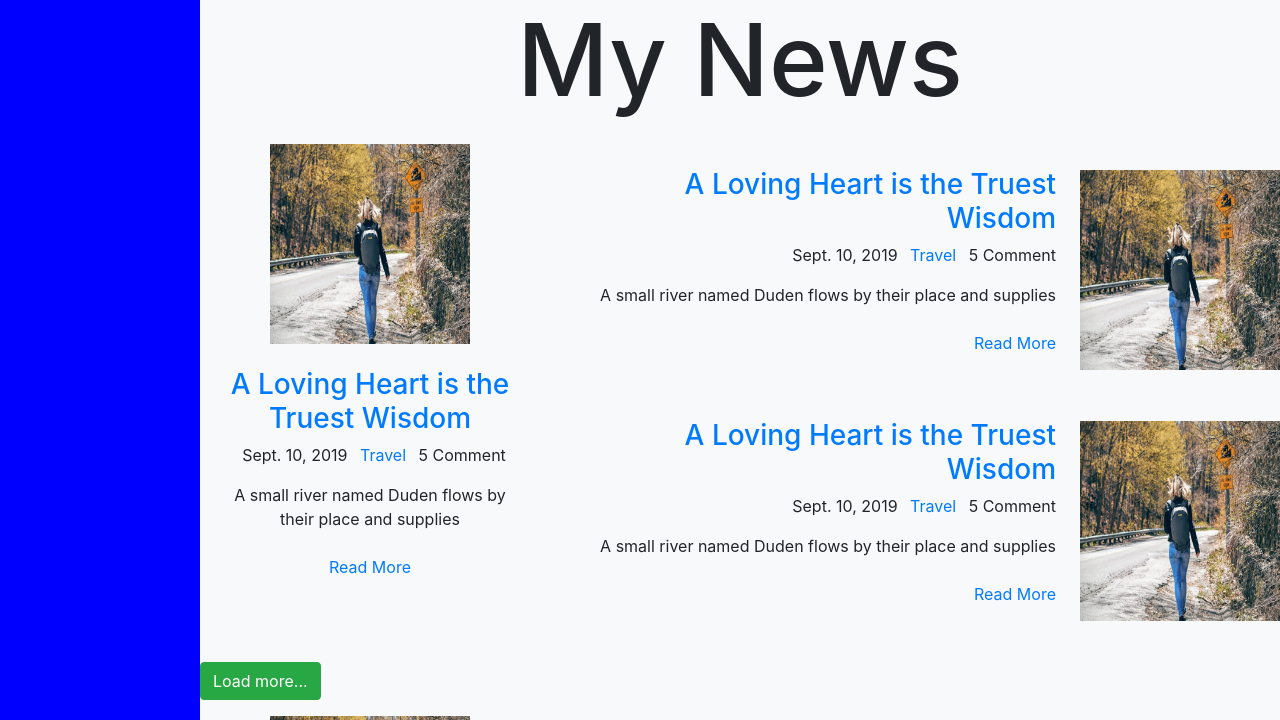
Repository: tts2610/GoogleNews
Page: index.html
An editor plug-in stored every save of this project. The page is shown before and after the next save, followed by the edit.
The browser window is 1280 px wide. The pictures show the whole page.
An inner scrolling area shows only its first screen.

Above is the page before, as saved 2020-05-20 14:24:15.

### index.html
<!DOCTYPE html>
<html lang="en">

<head>
    <meta charset="UTF-8">
    <meta name="viewport" content="width=device-width, initial-scale=1.0">
    <title>Document</title>
    <link rel="stylesheet" href="https://maxcdn.bootstrapcdn.com/bootstrap/4.4.1/css/bootstrap.min.css">

    <!-- jQuery library -->
    <script src="https://ajax.googleapis.com/ajax/libs/jquery/3.5.1/jquery.min.js"></script>

    <!-- Popper JS -->
    <script src="https://cdnjs.cloudflare.com/ajax/libs/popper.js/1.16.0/umd/popper.min.js"></script>

    <!-- Latest compiled JavaScript -->
    <script src="https://maxcdn.bootstrapcdn.com/bootstrap/4.4.1/js/bootstrap.min.js"></script>
    <link rel="stylesheet" href="css/style.css">

    <link href="https://unpkg.com/aos@2.3.1/dist/aos.css" rel="stylesheet">
</head>

<body>
    <div class="myContainer">
        <div class="sidenav"></div>
        <div class="content" id="myContent">
            <div class="content-header mb-4">
                <h1 style="font-size: 100px; text-align: center;">My News</h1>
            </div>
            <div class="row">
                <div class="col-4 d-flex">
                    <div class="blog-entry-left">
                        <div>
                            <img src="img/image_8.jpg" width="200" height="200">
                        </div>
                        <div class="text p-4" style="text-align: center;">
                            <h3 class="mb-2"><a href="single.html">A Loving Heart is the Truest Wisdom</a></h3>
                            <div class="meta-wrap">
                                <p class="meta">
                                    <span><i class="icon-calendar mr-2"></i>Sept. 10, 2019</span>
                                    <span><a href="single.html"><i class="icon-folder-o mr-2"></i>Travel</a></span>
                                    <span><i class="icon-comment2 mr-2"></i>5 Comment</span>
                                </p>
                            </div>
                            <p class="mb-4">A small river named Duden flows by their place and supplies</p>
                            <p><a href="#" class="btn-custom">Read More <span class="ion-ios-arrow-forward"></span></a></p>
                        </div>
                    </div>
                </div>
                <div class="col-8 d-flex">
                    <div class="row">
                        <div class="col-md-12">
                            <div class="blog-entry ftco-animate d-md-flex align-items-center">
                                <div class="text text-2 text-md-right p-4">
                                    <h3 class="mb-2"><a href="single.html">A Loving Heart is the Truest Wisdom</a></h3>
                                    <div class="meta-wrap">
                                        <p class="meta">
                                            <span><i class="icon-calendar mr-2"></i>Sept. 10, 2019</span>
                                            <span><a href="single.html"><i class="icon-folder-o mr-2"></i>Travel</a></span>
                                            <span><i class="icon-comment2 mr-2"></i>5 Comment</span>
                                        </p>
                                    </div>
                                    <p class="mb-4">A small river named Duden flows by their place and supplies</p>
                                    <p><a href="#" class="btn-custom">Read More <span class="ion-ios-arrow-forward"></span></a></p>
                                </div>
                                <div class="news-img"><img src="img/image_8.jpg" width="200" height="200"></div>
                            </div>
                        </div>
                        <div class="col-md-12">
                            <div class="blog-entry ftco-animate d-md-flex align-items-center">
                                <div class="text text-2 text-md-right p-4">
                                    <h3 class="mb-2"><a href="single.html">A Loving Heart is the Truest Wisdom</a></h3>
                                    <div class="meta-wrap">
                                        <p class="meta">
                                            <span><i class="icon-calendar mr-2"></i>Sept. 10, 2019</span>
                                            <span><a href="single.html"><i class="icon-folder-o mr-2"></i>Travel</a></span>
                                            <span><i class="icon-comment2 mr-2"></i>5 Comment</span>
                                        </p>
                                    </div>
                                    <p class="mb-4">A small river named Duden flows by their place and supplies</p>
                                    <p><a href="#" class="btn-custom">Read More <span class="ion-ios-arrow-forward"></span></a></p>
                                </div>
                                <div class="news-img"><img src="img/image_8.jpg" width="200" height="200"></div>
                            </div>
                        </div>
                    </div>
                </div>
            </div>
            <button type="button" id="loadMoreBtn" class="btn btn-success my-3">Load more...</button>
            <div class="row">
                <div class="col-4 d-flex">
                    <div class="blog-entry-left">
                        <div>
                            <img src="img/image_8.jpg" width="200" height="200">
                        </div>
                        <div class="text p-4" style="text-align: center;">
                            <h3 class="mb-2"><a href="single.html">A Loving Heart is the Truest Wisdom</a></h3>
                            <div class="meta-wrap">
                                <p class="meta">
                                    <span><i class="icon-calendar mr-2"></i>Sept. 10, 2019</span>
                                    <span><a href="single.html"><i class="icon-folder-o mr-2"></i>Travel</a></span>
                                    <span><i class="icon-comment2 mr-2"></i>5 Comment</span>
                                </p>
                            </div>
                            <p class="mb-4">A small river named Duden flows by their place and supplies</p>
                            <p><a href="#" class="btn-custom">Read More <span class="ion-ios-arrow-forward"></span></a></p>
                        </div>
                    </div>
                </div>
                <div class="col-8 d-flex">
                    <div class="row">
                        <div class="col-md-12">
                            <div class="blog-entry ftco-animate d-md-flex align-items-center">
                                <div class="text text-2 text-md-right p-4">
                                    <h3 class="mb-2"><a href="single.html">A Loving Heart is the Truest Wisdom</a></h3>
                                    <div class="meta-wrap">
                                        <p class="meta">
                                            <span><i class="icon-calendar mr-2"></i>Sept. 10, 2019</span>
                                            <span><a href="single.html"><i class="icon-folder-o mr-2"></i>Travel</a></span>
                                            <span><i class="icon-comment2 mr-2"></i>5 Comment</span>
                                        </p>
                                    </div>
                                    <p class="mb-4">A small river named Duden flows by their place and supplies</p>
                                    <p><a href="#" class="btn-custom">Read More <span class="ion-ios-arrow-forward"></span></a></p>
                                </div>
                                <div class="news-img"><img src="img/image_8.jpg" width="200" height="200"></div>
                            </div>
                        </div>
                        <div class="col-md-12">
                            <div class="blog-entry ftco-animate d-md-flex align-items-center">
                                <div class="text text-2 text-md-right p-4">
                                    <h3 class="mb-2"><a href="single.html">A Loving Heart is the Truest Wisdom</a></h3>
                                    <div class="meta-wrap">
                                        <p class="meta">
                                            <span><i class="icon-calendar mr-2"></i>Sept. 10, 2019</span>
                                            <span><a href="single.html"><i class="icon-folder-o mr-2"></i>Travel</a></span>
                                            <span><i class="icon-comment2 mr-2"></i>5 Comment</span>
                                        </p>
                                    </div>
                                    <p class="mb-4">A small river named Duden flows by their place and supplies</p>
                                    <p><a href="#" class="btn-custom">Read More <span class="ion-ios-arrow-forward"></span></a></p>
                                </div>
                                <div class="news-img"><img src="img/image_8.jpg" width="200" height="200"></div>
                            </div>
                        </div>
                    </div>
                </div>
            </div>
        </div>
    </div>

    <script src="js/script.js"></script>
    <script src="https://unpkg.com/aos@2.3.1/dist/aos.js"></script>
    <script>
        AOS.init();
    </script>
</body>

</html>

### css/style.css
body {
    margin: 0
}

.myContainer {
    display: flex;
    justify-content: start;
}

.sidenav {
    min-height: 100vh;
    width: 200px;
    float: left;
    position: relative;
    background-color: blue;
}

.content {
    height: 100vh;
    width: calc(100% - 200px);
    float: right;
    position: relative;
    background-color: #f8f9fa;
    overflow-y: scroll;
}

.blog-entry-left {
    display: flex;
    flex-direction: column;
    align-items: center;
}

Loaded but not shown: js/script.js (common file)

After the next save:
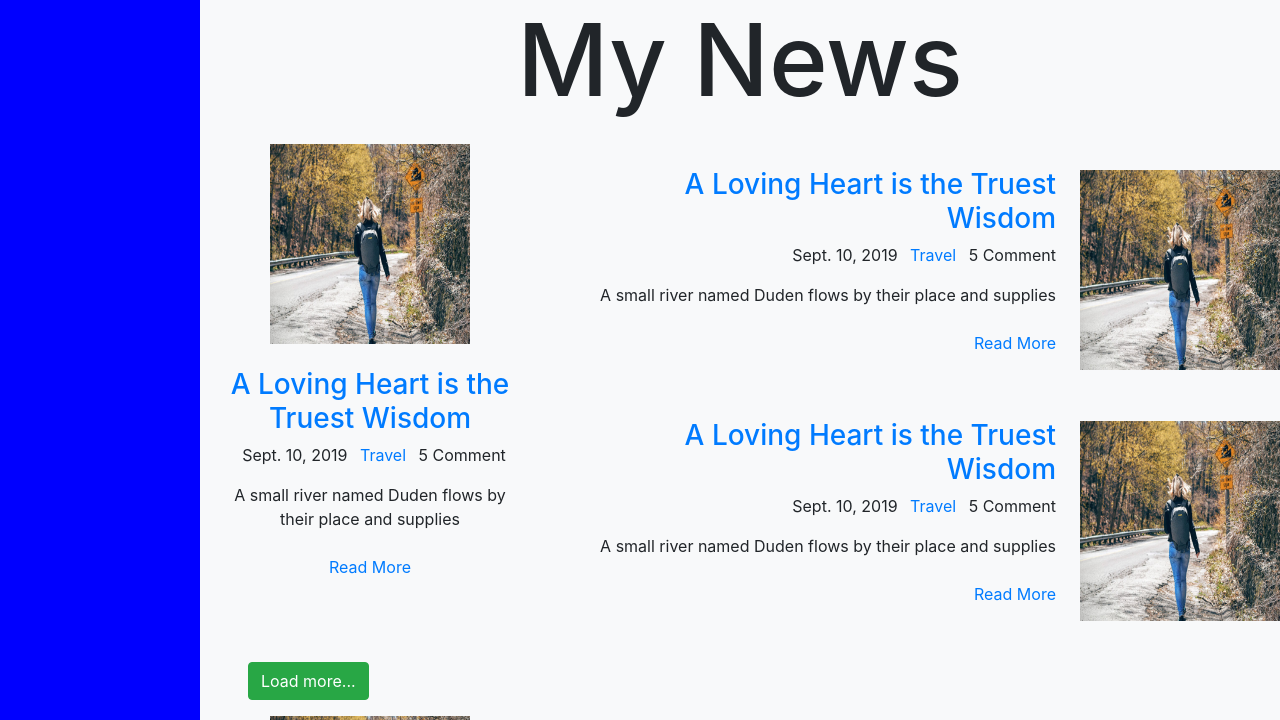
Saved 11 s later.
--- a/index.html
+++ b/index.html
@@ -86,7 +86,7 @@
                     </div>
                 </div>
             </div>
-            <button type="button" id="loadMoreBtn" class="btn btn-success my-3">Load more...</button>
+            <button type="button" id="loadMoreBtn" class="btn btn-success my-3 mx-5">Load more...</button>
             <div class="row">
                 <div class="col-4 d-flex">
                     <div class="blog-entry-left">
